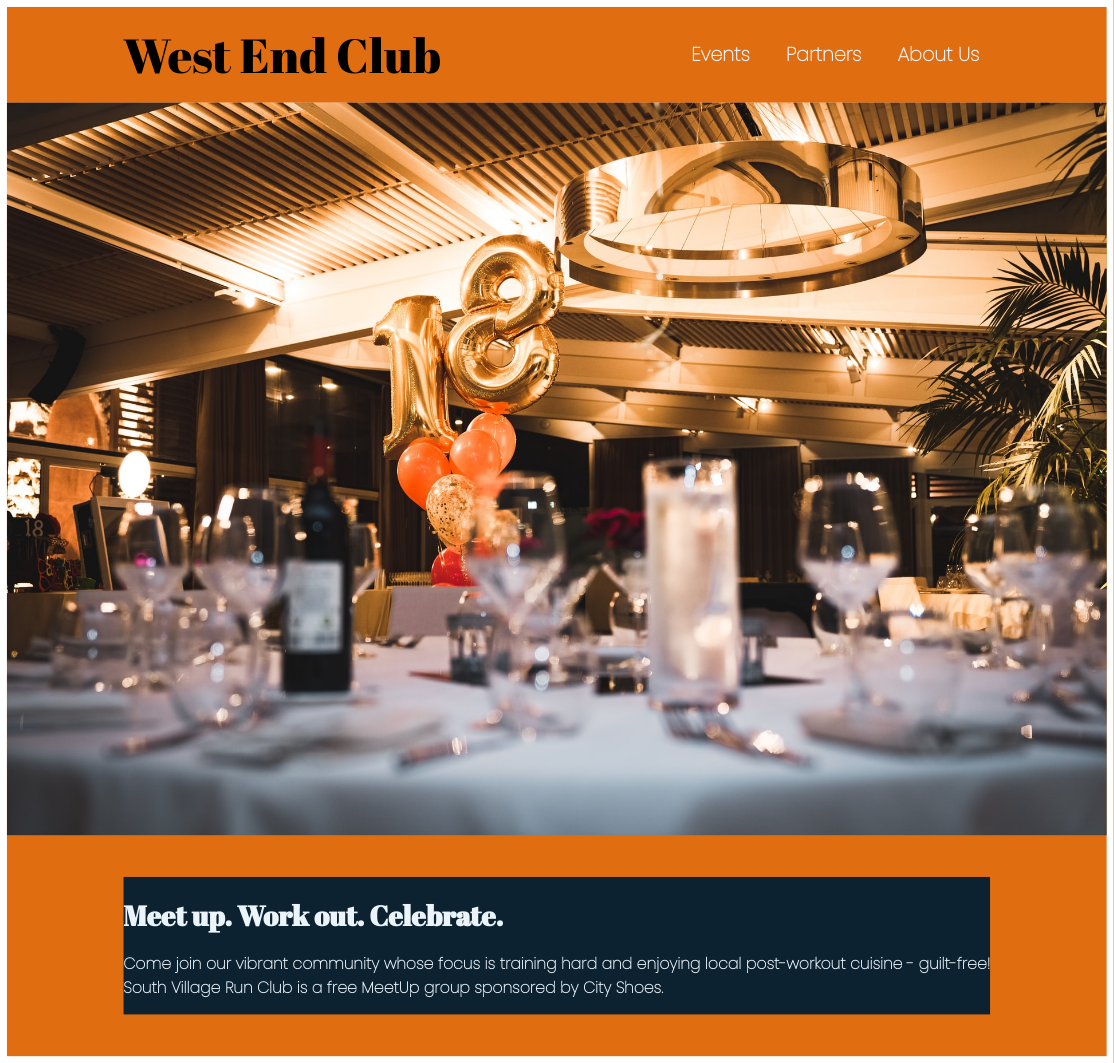
Repository: lastbronx41/lastbronx41.github.io
Page: starting/index.html
The author's editor kept a copy of each file at every save. The page is drawn from the files as they stood at one save, then again after the next save.
The browser window is 1280 px wide. The pictures show the whole page, at 87% of full size.
Some web fonts or font styles are not loaded; a fallback is used.

Above is the page before, as saved 2022-07-19 04:43:16.

After the next save:
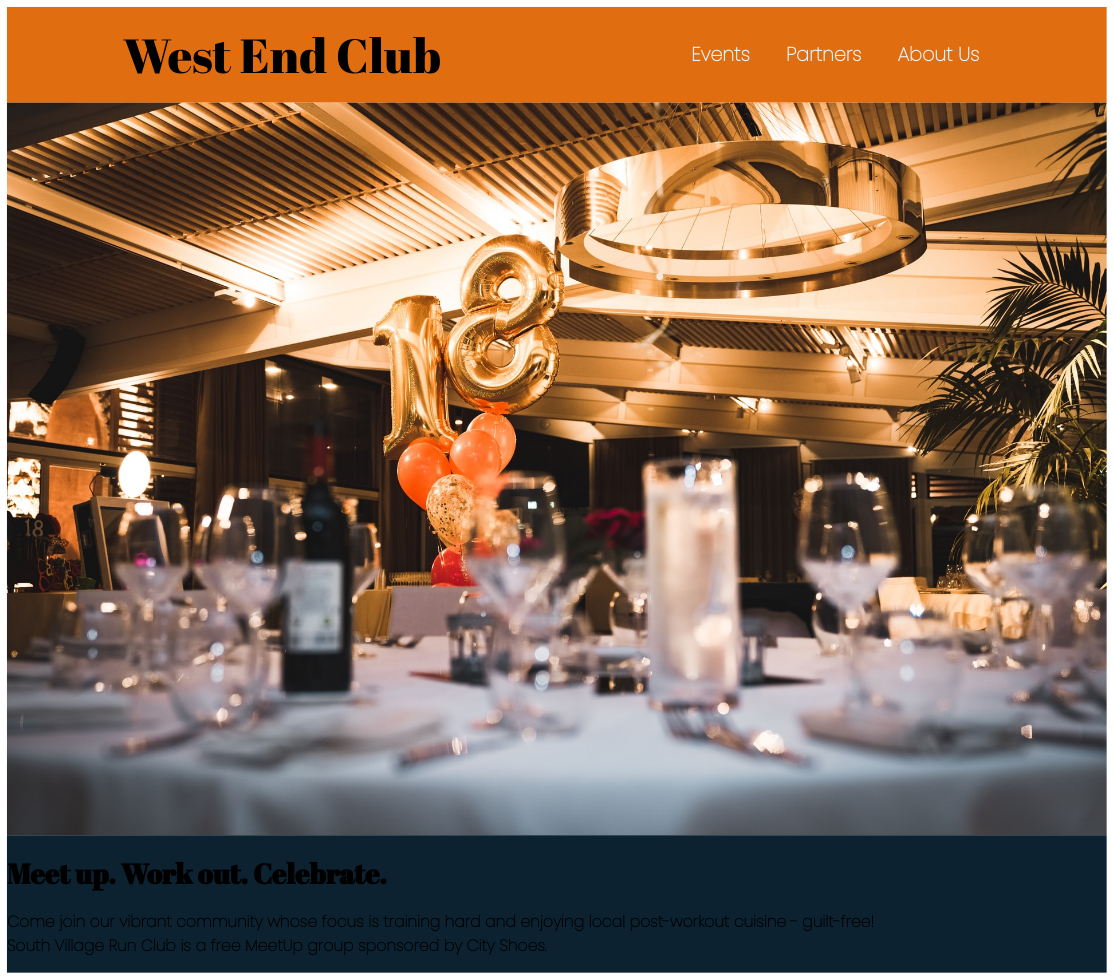
Saved 12 s later.
--- a/starting/styles.css
+++ b/starting/styles.css
@@ -37,7 +37,6 @@
 #cover-photo {
    display: flex;
    flex-direction: column;
-   background-color: #E06D10;
 }
 
 #cover-photo img {
@@ -45,9 +44,6 @@
 }
 .main-text {
    background-color: #0C2231;
-   color: #EBF4FA;
-   margin: 3rem auto;
-
 }
 
 .main-text h1 {
